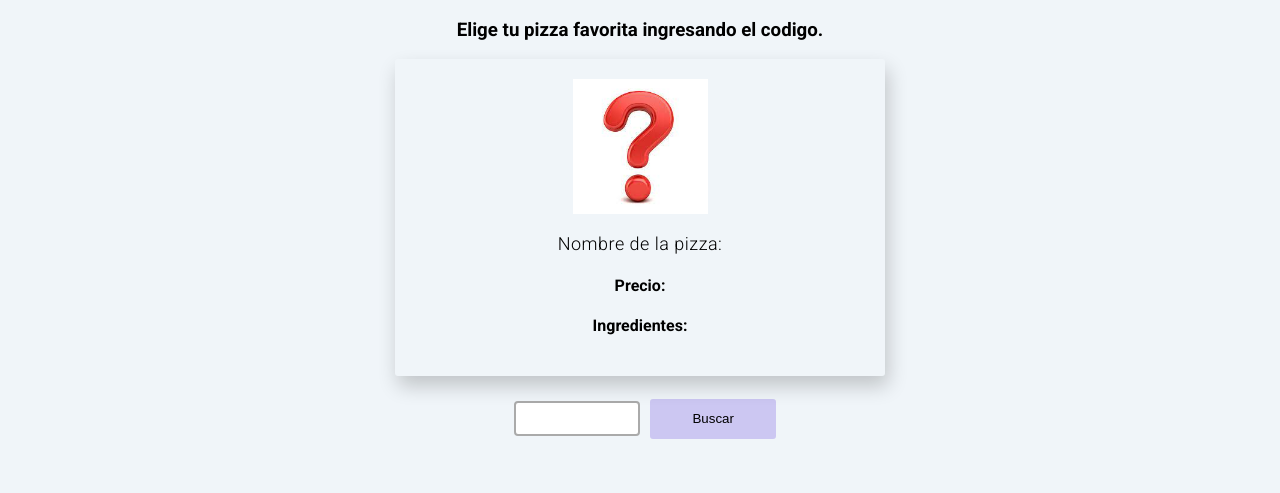
Repository: lucas-itup/E1-JAVASCRIPT
Page: index.html
An editor plug-in stored every save of this project. The page is shown before and after the next save, followed by the edit.
The browser window is 1280 px wide. The pictures show the whole page.
Some web libraries are served in a nearby version.

Above is the page before, as saved 2022-09-27 23:22:59.

After the next save:
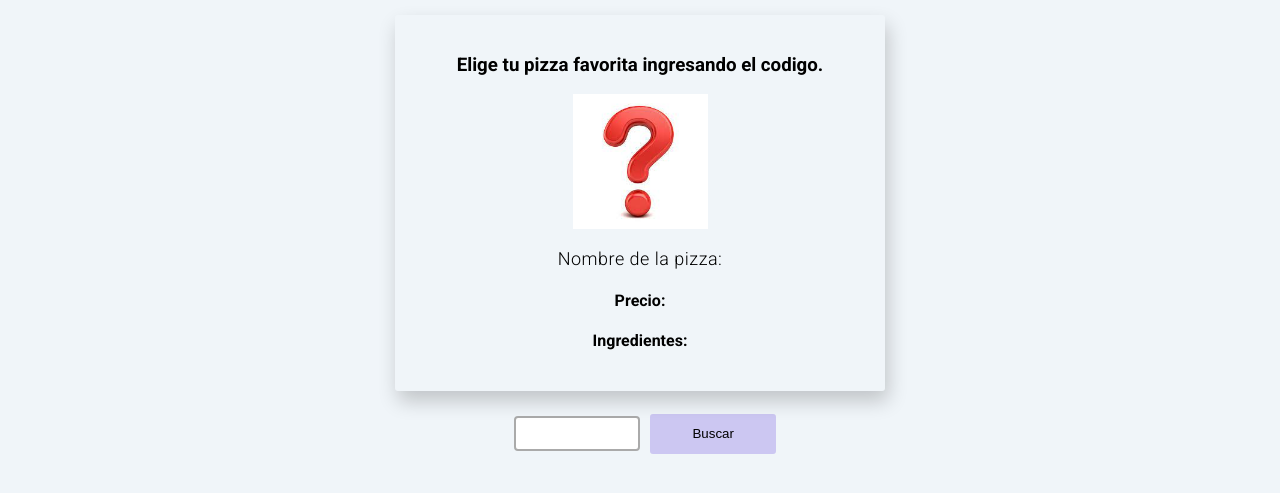
Saved 43 s later.
--- a/index.html
+++ b/index.html
@@ -14,8 +14,8 @@
 <body>
     <div id="listado-pizzas" style="text-align: center;">
         <div>
-            <h3>Elige tu pizza favorita ingresando el codigo.</h3>
             <div class="card">
+                <h3>Elige tu pizza favorita ingresando el codigo.</h3>
                 <img id="img-pizza" src="" alt="Avatar" style="width:30%">
                 <div class="container">
                     <h2>Nombre de la pizza: <span id="nombre-pizza"> </span></h2>
